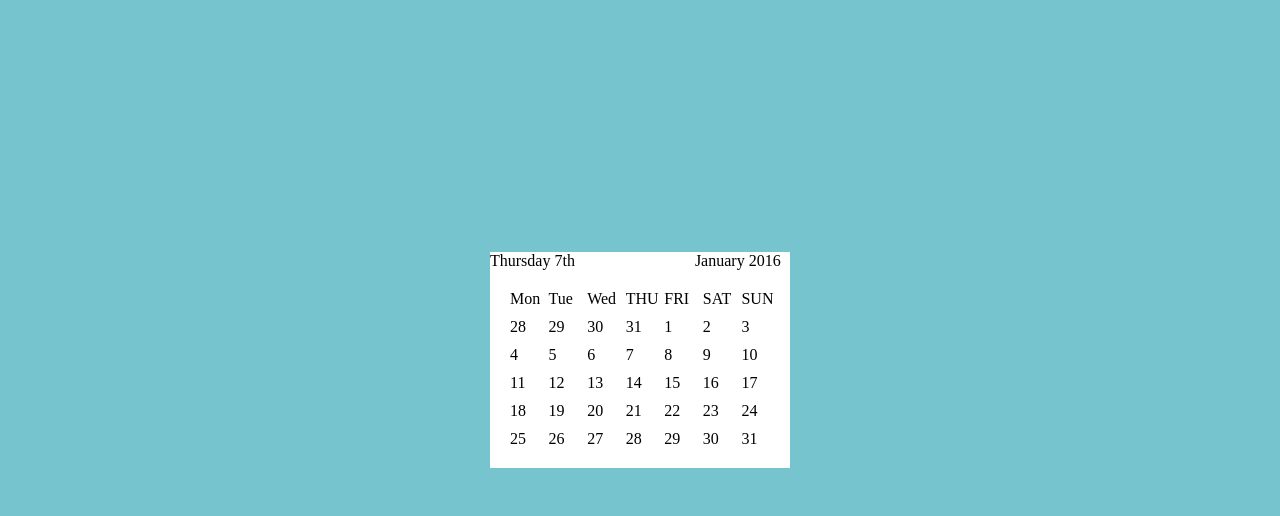
Repository: KYUUBI-K/HTML
Page: За 1 курс/Лаб 4/calendar.html
These files come from the project's save history. The page is drawn as it stood at one moment and after the next save; the edit follows.
The browser window is 1280 px wide. The pictures show the whole page.

Above is the page before, as saved 2021-03-30 13:29:45.

### За 1 курс/Лаб 4/calendar.html
<!DOCTYPE html>
<html lang="en">
<head>
    <meta charset="UTF-8">
    <meta http-equiv="X-UA-Compatible" content="IE=edge">
    <meta name="viewport" content="width=device-width, initial-scale=1.0">
    <title>Document</title>
    <link rel="stylesheet" href="for_calend.css">
</head>
<body style="background-color:rgba(80, 181, 194, 0.788) ;">
    <div class="calendar">
        <div class="today">
            Thursday 7th
            <div class="today">
                January 2016
            </div>
        </div>
        <div class="date">
            <div class="day">Mon</div>
            <div class="day">Tue</div>
            <div class="day">Wed</div>
            <div class="day">THU</div>
            <div class="day">FRI</div>
            <div class="day">SAT</div>
            <div class="day">SUN</div>
            <div class="number">28</div>
            <div class="number">29</div>
            <div class="number">30</div>
            <div class="number">31</div>
            <div class="number">1</div>
            <div class="number">2</div>
            <div class="number">3</div>
            <div class="number">4</div>
            <div class="number">5</div>
            <div class="number">6</div>
            <div class="number">7</div>
            <div class="number">8</div>
            <div class="number">9</div>
            <div class="number">10</div>
            <div class="number">11</div>
            <div class="number">12</div>
            <div class="number">13</div>
            <div class="number">14</div>
            <div class="number">15</div>
            <div class="number">16</div>
            <div class="number">17</div>
            <div class="number">18</div>
            <div class="number">19</div>
            <div class="number">20</div>
            <div class="number">21</div>
            <div class="number">22</div>
            <div class="number">23</div>
            <div class="number">24</div>
            <div class="number">25</div>
            <div class="number">26</div>
            <div class="number">27</div>
            <div class="number">28</div>
            <div class="number">29</div>
            <div class="number">30</div>
            <div class="number">31</div>
        </div>
    </div>
</body>
</html>

### За 1 курс/Лаб 4/for_calend.css
body{
    margin:0;
    padding: 0;
    display: flex;
    justify-content: center;
    align-items: center;
    height: 100vh;
}
.calendar{
    width: 300px;
    height: auto;
    background-color: white;
    box-sizing: border-box;

}
.calendar .date{
    padding: 20px;
    display: grid;
    grid-template-columns: repeat(auto-fit,minmax(25px,1fr));
    grid-gap: 10px;
    box-sizing: border-box;
}
.today{
    display: flex;
    grid-gap: 120px;
}

After the next save:
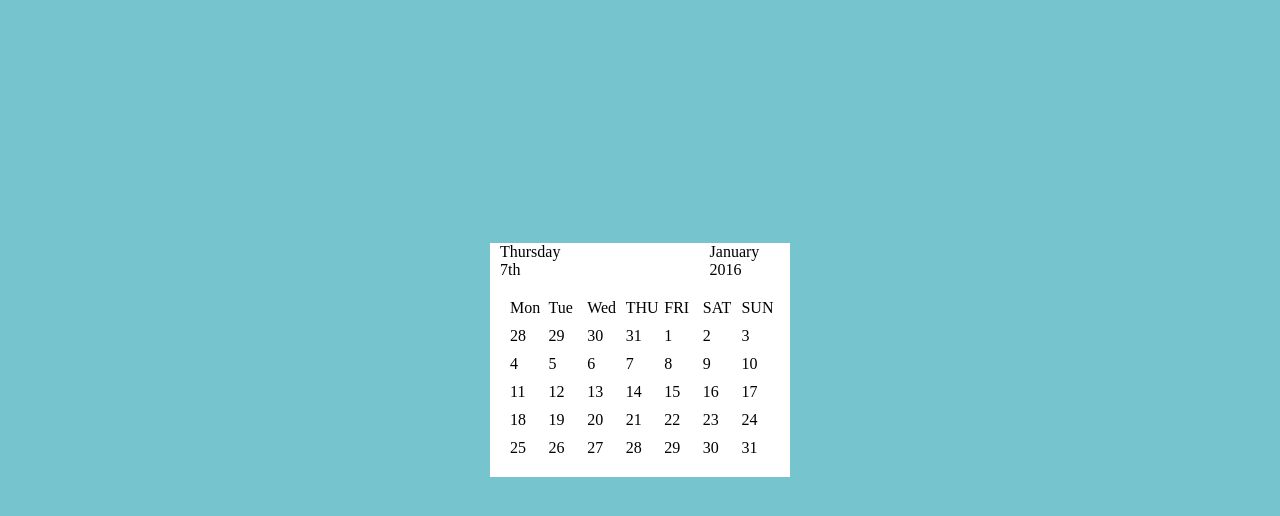
Saved 41 s later.
--- a/За 1 курс/Лаб 4/for_calend.css
+++ b/За 1 курс/Лаб 4/for_calend.css
@@ -23,4 +23,5 @@ body{
 .today{
     display: flex;
     grid-gap: 120px;
+    margin-left: 10px;
 }
